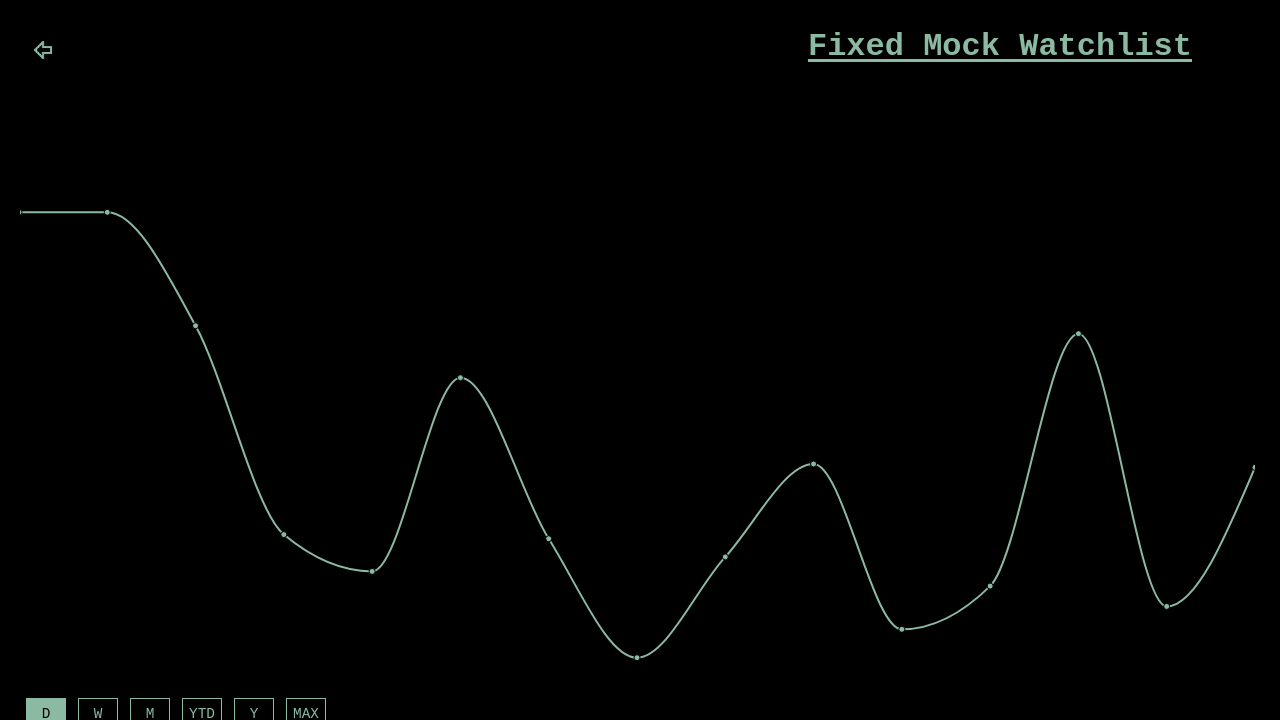
Repository: 11612x/burnlistv1.1
Page: /mockwatchlist
The author's editor kept a copy of each file at every save. The page is drawn from the files as they stood at one save, then again after the next save.
The browser window is 1280 px wide. The pictures show the whole page.
An inner scrolling area shows only its first screen. The project was rebuilt for these pictures with package versions that can differ from the ones it lists, and the page was loaded fresh each time. Also part of the build but not shown: vite.config.js, src/components/CustomTooltip.jsx, src/data/randomNames.js, src/components/NotificationBanner.jsx, src/components/CustomButton.jsx, src/pages/HomePage.jsx, src/data/tickerUtils.js, src/data/createTicker.js and 13 more.

Above is the page before, as saved 2025-07-27 14:12:05.

### index.html
<!DOCTYPE html>
<html lang="en">
  <head>
    <meta charset="UTF-8" />
    <meta name="viewport" content="width=device-width, initial-scale=1.0, maximum-scale=1.0, user-scalable=no" />
    <meta name="apple-mobile-web-app-capable" content="yes" />
    <meta name="apple-mobile-web-app-status-bar-style" content="black-translucent" />
    <meta name="theme-color" content="#000000" />
    <meta name="mobile-web-app-capable" content="yes" />
    <title>Burnlist</title>
    <link rel="icon" type="image/x-icon" href="/favicon.ico" />
    <link rel="apple-touch-icon" href="/favicon.ico" />
  </head>
  <body>
    <div id="root"></div>
    <script type="module" src="/src/main.jsx"></script>
  </body>
</html>

### src/main.jsx
import React from 'react';
import ReactDOM from 'react-dom/client';
import App from './App';
import './index.css';
import MockWatchlistPage from './pages/MockWatchlistPage';

console.log("MAIN.JSX is running");


ReactDOM.createRoot(document.getElementById('root')).render(<App />);

### src/App.jsx
// React core and lifecycle
import React, { useState, useEffect } from "react";
// React Router for routing
import { BrowserRouter as Router, Routes, Route } from "react-router-dom";
// App pages
import Home from "@pages/HomePage";
import BurnPage from "@pages/burnPage";
import MockWatchlistPage from "@pages/MockWatchlistPage";
import UniverseScreenerPage from "@pages/UniverseScreenerPage";
import UniverseHomePage from "@pages/UniverseHomePage";
import TradeDashboard from './pages/TradeDashboard';
import TradeJournal from './pages/TradeJournal';
import AddStockPricePage from './pages/AddStockPricePage';
// Fetch manager for cleanup
import { fetchManager } from '@data/fetchManager';
import { ThemeProvider } from './ThemeContext';
import MobileNavigation from './components/MobileNavigation';


function App() {
  // Load watchlists from localStorage or default to empty object
  const [watchlists, setWatchlists] = useState(() => {
    try {
      const saved = localStorage.getItem("burnlist_watchlists");
      console.log("Loaded watchlists from localStorage:", saved);
      return saved ? JSON.parse(saved) : {};
    } catch {
      return {};
    }
  });

  // Persist watchlists to localStorage on changes
  useEffect(() => {
    console.log("Saving watchlists to localStorage:", watchlists);
    localStorage.setItem("burnlist_watchlists", JSON.stringify(watchlists));
  }, [watchlists]);

  // Cleanup fetch manager on app unmount
  useEffect(() => {
    return () => {
      fetchManager.cleanup();
    };
  }, []);

  return (
    <ThemeProvider>
      <Router>
        <Routes>
          <Route
            path="/"
            element={<Home watchlists={watchlists} setWatchlists={setWatchlists} />}
          />
          <Route
            path="/watchlist/:slug"
            element={<BurnPage watchlists={watchlists} setWatchlists={setWatchlists} />}
          />
          {/* Route for mock watchlist testing - remove when not needed */}
          <Route path="/mockwatchlist" element={<MockWatchlistPage />} />
          {/* Route for Universe Homepage */}
          <Route path="/universes" element={<UniverseHomePage />} />
          {/* Route for Universe Screener */}
          <Route path="/universe/:slug" element={<UniverseScreenerPage />} />
          <Route path="/trade" element={<TradeDashboard />} />
          <Route path="/journal" element={<TradeJournal />} />
          <Route path="/add-stock-price" element={<AddStockPricePage />} />
        </Routes>
        <MobileNavigation />
      </Router>
    </ThemeProvider>
  );
}

export default App;

### src/ThemeContext.jsx
import React, { createContext, useContext, useState } from 'react';

const ThemeContext = createContext();

const CRT_GREEN = 'rgb(140,185,162)';
const CRT_GREEN_HEX = '#8CB9A2';
const RED = '#e31507';
const BLACK = '#000';
const BLACK2 = '#000000';

function mapColor(color, isInverted) {
  if (!isInverted) return color;
  // Normalize color string
  const c = color.trim().toLowerCase();
  // All black to CRT green
  if (c === BLACK || c === BLACK2 || c === 'black' || c.startsWith('rgb(0,0,0)')) return CRT_GREEN;
  // All CRT green to black
  if (c === CRT_GREEN || c === CRT_GREEN_HEX || c.startsWith('rgb(140,185,162)')) return BLACK;
  // All red stays red
  if (c === RED) return RED;
  // All other accents (gray, orange, white, etc.) go black
  return BLACK;
}

export function ThemeProvider({ children }) {
  const [isInverted, setIsInverted] = useState(false);
  const toggleTheme = () => setIsInverted((prev) => !prev);
  return (
    <ThemeContext.Provider value={{ isInverted, toggleTheme }}>
      {children}
    </ThemeContext.Provider>
  );
}

export function useTheme() {
  return useContext(ThemeContext);
}

export function useThemeColor(color) {
  const { isInverted } = useTheme();
  return mapColor(color, isInverted);
}

### src/components/MobileNavigation.jsx
import React from 'react';
import { Link, useLocation } from 'react-router-dom';
import CustomButton from './CustomButton';
import { useThemeColor } from '../ThemeContext';

const CRT_GREEN = 'rgb(140,185,162)';

const MobileNavigation = () => {
  const location = useLocation();
  const green = useThemeColor(CRT_GREEN);
  const black = useThemeColor('black');

  const navItems = [
    { path: '/universes', label: 'UNIVERSE' },
    { path: '/journal', label: 'DASHBOARD' },
    { path: '/', label: 'GRAPH VIEW' },
  ];

  return (
    <>
      <style>
        {`
          .mobile-nav {
            position: fixed;
            bottom: 0;
            left: 0;
            right: 0;
            background: ${black};
            border-top: 1px solid ${green};
            padding: 12px 16px;
            z-index: 1000;
            display: flex;
            justify-content: space-around;
            align-items: center;
            gap: 8px;
          }

          @media (min-width: 769px) {
            .mobile-nav {
              display: none !important;
            }
          }

          .mobile-nav-button {
            background: ${black};
            color: ${green};
            border: 1px solid ${green};
            padding: 8px 12px;
            font-family: 'Courier New', monospace;
            font-size: 12px;
            font-weight: bold;
            text-decoration: none;
            text-align: center;
            min-height: 44px;
            display: flex;
            align-items: center;
            justify-content: center;
            flex: 1;
            transition: all 0.2s ease;
            text-transform: uppercase;
            letter-spacing: 0.5px;
          }

          .mobile-nav-button:active {
            background: ${green};
            color: ${black};
          }

          @media (max-width: 480px) {
            .mobile-nav {
              padding: 8px 12px;
              gap: 6px;
            }
            .mobile-nav-button {
              font-size: 10px;
              padding: 6px 8px;
              letter-spacing: 0.3px;
            }
          }
        `}
      </style>
      <div className="mobile-nav">
        {navItems.map((item) => {
          const isActive = location.pathname === item.path;
          return (
            <Link
              key={item.path}
              to={item.path}
              className="mobile-nav-button"
              style={{
                backgroundColor: isActive ? green : black,
                color: isActive ? black : green,
              }}
            >
              {item.label}
            </Link>
          );
        })}
      </div>
    </>
  );
};

export default MobileNavigation;

### src/components/WatchlistHeader.jsx
import React, { useEffect, useState } from "react";
import { useParams } from "react-router-dom";
import { fetchManager } from '@data/fetchManager';
import NotificationBanner from '@components/NotificationBanner';
import { useThemeColor } from '../ThemeContext';
import backButton from '../assets/backbutton.png';
import { useTheme } from '../ThemeContext';

const CRT_GREEN = 'rgb(140,185,162)';

const WatchlistHeader = ({ name, averageReturn, selected, setWatchlists, notification, onNotificationClose, onRefresh, realStockCount: propRealStockCount, etfPriceData, twapData }) => {
  const { isInverted } = useTheme();
  const green = useThemeColor(CRT_GREEN);
  const black = useThemeColor('black');
  const red = useThemeColor('#e31507');
  const orange = useThemeColor('#FFA500');
  const gray = useThemeColor('#888');
  // Debug: Log the precomputed average return passed as prop
  console.log("📊 WatchlistHeader received averageReturn:", averageReturn);
  const returnPercent = Number.isFinite(averageReturn) ? averageReturn : null;
  if (returnPercent === null) {
    console.warn("⚠️ averageReturn is invalid:", averageReturn);
  }

  // Use props for name and realStockCount
  const realStockCount = propRealStockCount || 0;
  const { slug } = useParams();
  const [isRefreshing, setIsRefreshing] = useState(false);
  const [countdown, setCountdown] = useState(null);
  const [fetchProgress, setFetchProgress] = useState(null);
  const [tempNotification, setTempNotification] = useState("");
  const [apiStatus, setApiStatus] = useState(null);

  // Countdown timer for next auto-refresh (30 minutes)
  useEffect(() => {
    const updateCountdown = () => {
      const now = new Date();
      const lastRefresh = localStorage.getItem(`burnlist_last_refresh_${slug}`);
      const lastRefreshTime = lastRefresh ? new Date(lastRefresh) : new Date(now.getTime() - 30 * 60 * 1000);
      const nextRefresh = new Date(lastRefreshTime.getTime() + 30 * 60 * 1000);
      const timeUntilNext = nextRefresh.getTime() - now.getTime();

      if (timeUntilNext > 0) {
        const minutes = Math.floor(timeUntilNext / (1000 * 60));
        const seconds = Math.floor((timeUntilNext % (1000 * 60)) / 1000);
        setCountdown(`${minutes}:${seconds.toString().padStart(2, '0')}`);
      } else {
        setCountdown(null);
      }
    };

    updateCountdown();
    const interval = setInterval(updateCountdown, 1000);
    return () => clearInterval(interval);
  }, [slug]);

  // Track API request status for this specific watchlist
  useEffect(() => {
    const updateApiStatus = () => {
      const status = fetchManager.getWatchlistRequestStatus(slug);
      setApiStatus(status);
    };

    updateApiStatus();
    const interval = setInterval(updateApiStatus, 1000);
    return () => clearInterval(interval);
  }, [slug]);

  // Track fetch progress
  useEffect(() => {
    const updateProgress = () => {
      const status = fetchManager.getFetchStatus(slug);
      // Get the last progress details from the fetchManager if available
      if (status && status.status === 'active') {
        const fetchObj = fetchManager.activeFetches?.get?.(slug);
        let tickersFetched = null;
        let totalTickers = null;
        if (fetchObj && fetchObj.lastProgress) {
          tickersFetched = fetchObj.lastProgress.tickersFetched;
          totalTickers = fetchObj.lastProgress.totalTickers;
        }
        setFetchProgress({
          tickersFetched,
          totalTickers
        });
        setIsRefreshing(true);
      } else {
        setFetchProgress(null);
        setIsRefreshing(false);
      }
    };

    updateProgress();
    const interval = setInterval(updateProgress, 1000);
    return () => clearInterval(interval);
  }, [slug]);

  // Patch fetchManager to store last progress for UI
  useEffect(() => {
    // Monkey-patch updateCallback to store last progress
    const origStartFetch = fetchManager.startFetch;
    fetchManager.startFetch = async function(slug, items, updateCallback, isManual) {
      return origStartFetch.call(this, slug, items, (updatedItems, progress) => {
        if (this.activeFetches && this.activeFetches.get(slug)) {
          this.activeFetches.get(slug).lastProgress = progress;
        }
        if (typeof updateCallback === 'function') {
          updateCallback(updatedItems, progress);
        }
      }, isManual);
    };
    return () => {
      fetchManager.startFetch = origStartFetch;
    };
  }, []);

  const handleRefresh = async () => {
    // Check if there's already an active fetch
    const fetchStatus = fetchManager.getFetchStatus(slug);
    if (fetchStatus && fetchStatus.status === 'active') {
      // Cancel the active fetch
      fetchManager.cancelFetch(slug);
      setTempNotification('Fetch cancelled');
      setTimeout(() => setTempNotification(''), 3000);
      return;
    }

    // Call the parent's refresh function if provided
    if (onRefresh && typeof onRefresh === 'function') {
      console.log("🔄 Refresh requested from header - calling parent");
      onRefresh();
    } else {
      console.log("🔄 Refresh requested from header - no parent handler");
    }
  };

  useEffect(() => {
    // Count real stocks in the watchlist
    if (name && Array.isArray(name.items)) {
      const realStocks = name.items.filter(item =>
        item.type === 'real' && !item.isMock
      );
      setRealStockCount(realStocks.length);
      console.log("📊 Real stocks count:", realStocks.length);
    }
  }, [name]);

  return (
    <div
      style={{
        display: "flex",
        flexDirection: "column",
        width: "100%",
        position: "fixed",
        top: 0,
        left: 0,
        zIndex: 10000
      }}
    >
      {notification && (
        <NotificationBanner notification={notification} handleNotificationClose={onNotificationClose} />
      )}
      {tempNotification && (
        <NotificationBanner notification={tempNotification} handleNotificationClose={() => setTempNotification('')} />
      )}
      <div style={{
        display: "flex",
        justifyContent: "space-between",
        alignItems: "center",
        padding: "1.5rem 2rem",
        backgroundColor: black,
        color: green,
        fontFamily: "'Courier New', Courier, monospace",
        width: "100%",
        '@media (max-width: 768px)': {
          padding: "1rem 1.5rem",
        },
        '@media (max-width: 480px)': {
          padding: "0.75rem 1rem",
          flexDirection: "column",
          alignItems: "flex-start",
          gap: "8px",
        }
      }}>
        {/* Left: Back Home Button */}
        <div style={{
          '@media (max-width: 480px)': {
            alignSelf: 'flex-start',
          }
        }}>
          <a href="/" style={{
            display: 'flex',
            alignItems: 'center',
            textDecoration: 'none',
            border: 'none',
            background: 'none',
            padding: 0,
            gap: 0,
            minHeight: '44px', // Touch-friendly
          }} aria-label="back to home">
            <img
              src={backButton}
              alt="back"
              style={{
                width: 22,
                height: 22,
                filter: isInverted ? 'invert(1)' : 'none',
                '@media (max-width: 480px)': {
                  width: 20,
                  height: 20,
                }
              }}
            />
          </a>
        </div>
        {/* Right: Watchlist Name and Return */}
        <div style={{
          textAlign: "right",
          paddingRight: "3.5rem",
          maxWidth: "60%",
          '@media (max-width: 768px)': {
            paddingRight: "2rem",
            maxWidth: "70%",
          },
          '@media (max-width: 480px)': {
            textAlign: "left",
            paddingRight: 0,
            maxWidth: "100%",
            width: "100%",
          }
        }}>
          <h1
            style={{
              margin: 0,
              fontSize: "2rem",
              whiteSpace: "nowrap",
              color: green,
              cursor: 'pointer', // Make it look clickable
              textDecoration: 'underline', // Visual cue for clickability
              textUnderlineOffset: '4px',
              transition: 'color 0.2s',
              minHeight: '44px', // Touch-friendly
              display: 'flex',
              alignItems: 'center',
              '@media (max-width: 768px)': {
                fontSize: "1.5rem",
              },
              '@media (max-width: 480px)': {
                fontSize: "1.25rem",
                whiteSpace: "normal",
                wordBreak: "break-word",
              }
            }}
            onClick={handleRefresh}
            title={isRefreshing ? 'Cancel refresh' : 'Refresh watchlist'}
            tabIndex={0}
            onKeyDown={e => { if (e.key === 'Enter' || e.key === ' ') handleRefresh(); }}
            role="button"
            aria-pressed={isRefreshing}
          >
            {name || "Untitled Watchlist"}
          </h1>


          {/* API Request Status - only show when actively fetching this watchlist */}
          {fetchProgress && apiStatus && (
            <div
              style={{
                marginTop: "0.5rem",
                fontSize: "0.8rem",
                color: apiStatus.current > 0 ? orange : gray,
                cursor: apiStatus.current > 0 ? "help" : "default",
                '@media (max-width: 480px)': {
                  fontSize: "0.7rem",
                  marginTop: "0.25rem",
                }
              }}
              title={apiStatus.current > 0 ? "API requests in progress - waiting 1 minute between batches" : ""}
            >
              {apiStatus.current}/{realStockCount} ({Math.round((apiStatus.current / realStockCount) * 100)}%)
            </div>
          )}
          {/* Countdown timer (green) and progress indicator (red) */}
          <div style={{
            marginTop: "0.5rem",
            fontSize: "0.8rem",
            '@media (max-width: 480px)': {
              fontSize: "0.7rem",
              marginTop: "0.25rem",
            }
          }}>
            {fetchProgress && typeof fetchProgress.tickersFetched === 'number' && typeof fetchProgress.totalTickers === 'number' ? (
              <span style={{ color: red, fontWeight: "bold" }}>
                {fetchProgress.tickersFetched}/{fetchProgress.totalTickers}
              </span>
            ) : (
              countdown && (
                <span style={{ color: green }}>
                  {countdown}
                </span>
              )
            )}
          </div>
        </div>
      </div>
    </div>
  );
};

export default WatchlistHeader;

### src/components/TimeframeSelector.jsx
import React from "react";
import { useThemeColor } from '../ThemeContext';

const CRT_GREEN = 'rgb(140,185,162)';

const TimeframeSelector = ({ selected, onChange }) => {
  const green = useThemeColor(CRT_GREEN);
  const black = useThemeColor('black');
  return (
    <div style={{ marginTop: 10, marginBottom: 10, display: "flex", gap: 12, alignItems: "center", padding: "6px" }}>
      {["D", "W", "M", "YTD", "Y", "MAX"].map((tf) => (
        <button
          key={tf}
          onClick={() => {
            console.log("Selected timeframe:", tf);
            onChange(tf);
          }}
          style={{
            backgroundColor: selected === tf ? green : 'transparent',
            color: selected === tf ? black : green,
            border: `1px solid ${green}`,
            height: "32px",
            minHeight: "32px",
            maxHeight: "32px",
            width: "40px",
            fontFamily: "'Courier New', Courier, monospace",
            fontSize: "0.9rem",
            cursor: "pointer",
            userSelect: "none",
            display: "flex",
            alignItems: "center",
            justifyContent: "center",
            boxSizing: "border-box",
            margin: 0,
            padding: 0,
          }}
        >
          {tf}
        </button>
      ))}
    </div>
  );
};

export default TimeframeSelector;

### src/components/MobileTableWrapper.jsx
import React from 'react';
import { useThemeColor } from '../ThemeContext';

const CRT_GREEN = 'rgb(140,185,162)';

const MobileTableWrapper = ({ children, style = {} }) => {
  const green = useThemeColor(CRT_GREEN);
  const black = useThemeColor('black');

  return (
    <div style={{
      width: '100%',
      border: `1px solid ${green}`,
      background: black,
      position: 'relative',
      overflow: 'auto',
      WebkitOverflowScrolling: 'touch', // Smooth scrolling on iOS
      touchAction: 'pan-x', // Enable horizontal touch scrolling
      '@media (max-width: 768px)': {
        fontSize: '12px',
      },
      '@media (max-width: 480px)': {
        fontSize: '10px',
      },
      ...style
    }}>
      {children}
    </div>
  );
};

export default MobileTableWrapper;

Loaded but not shown: src/data/fetchManager.js (396 lines, source omitted); src/logic/portfolioUtils.js (241 lines, source omitted); src/data/finvizAdapter.js (102 lines, source omitted); src/hooks/useAverageReturn.js (72 lines, source omitted); src/data/mockTickerGenerator.js (67 lines, source omitted); src/data/normalizeTicker.js (67 lines, source omitted); src/hooks/useSortedItems.js (35 lines, source omitted); src/utils/dateUtils.js (26 lines, source omitted); src/components/TickerTable.jsx (270 lines, source omitted); src/components/WatchlistChart.jsx (216 lines, source omitted); src/components/TickerRow.jsx (244 lines, source omitted); src/index.css (457 lines, source omitted); src/pages/MockWatchlistPage.jsx (81 lines, source omitted)

After the next save:
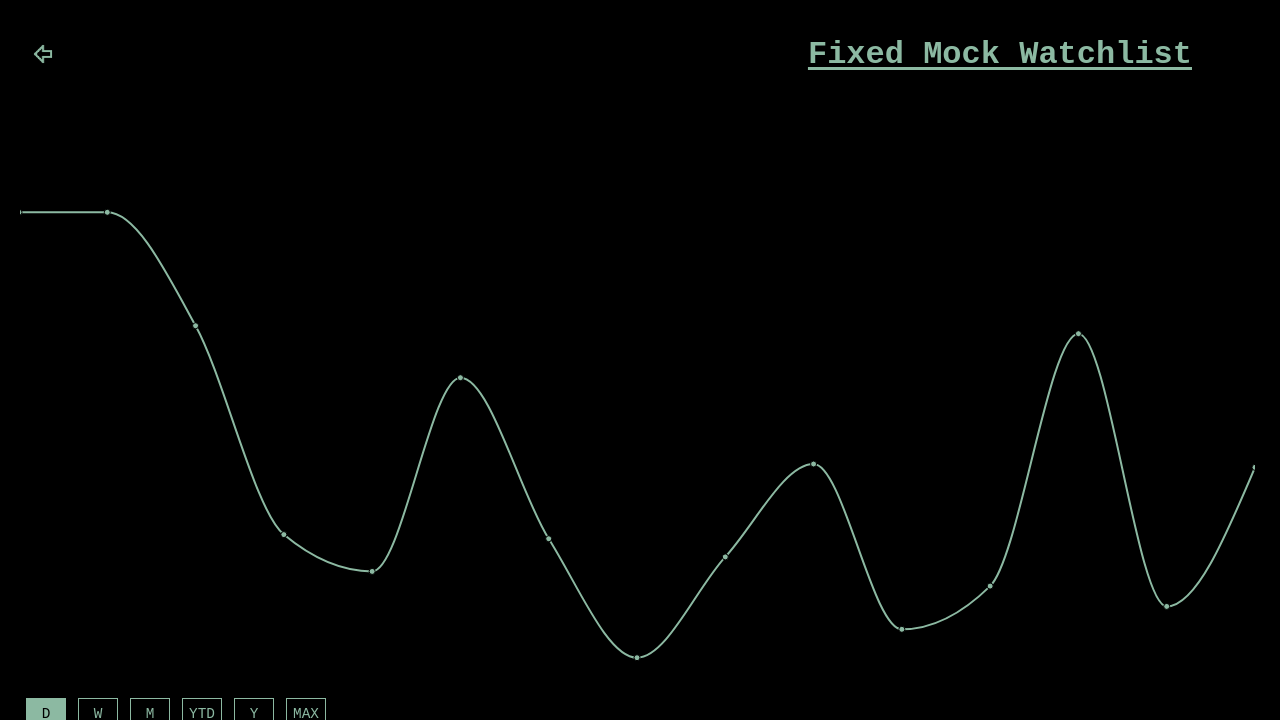
Saved 51 s later.
--- a/src/components/WatchlistHeader.jsx
+++ b/src/components/WatchlistHeader.jsx
@@ -232,6 +232,7 @@ const WatchlistHeader = ({ name, averageReturn, selected, setWatchlists, notific
           <h1
             style={{
               margin: 0,
+              marginTop: '8px',
               fontSize: "2rem",
               whiteSpace: "nowrap",
               color: green,
@@ -244,11 +245,13 @@ const WatchlistHeader = ({ name, averageReturn, selected, setWatchlists, notific
               alignItems: 'center',
               '@media (max-width: 768px)': {
                 fontSize: "1.5rem",
+                marginTop: '6px',
               },
               '@media (max-width: 480px)': {
                 fontSize: "1.25rem",
                 whiteSpace: "normal",
                 wordBreak: "break-word",
+                marginTop: '4px',
               }
             }}
             onClick={handleRefresh}
